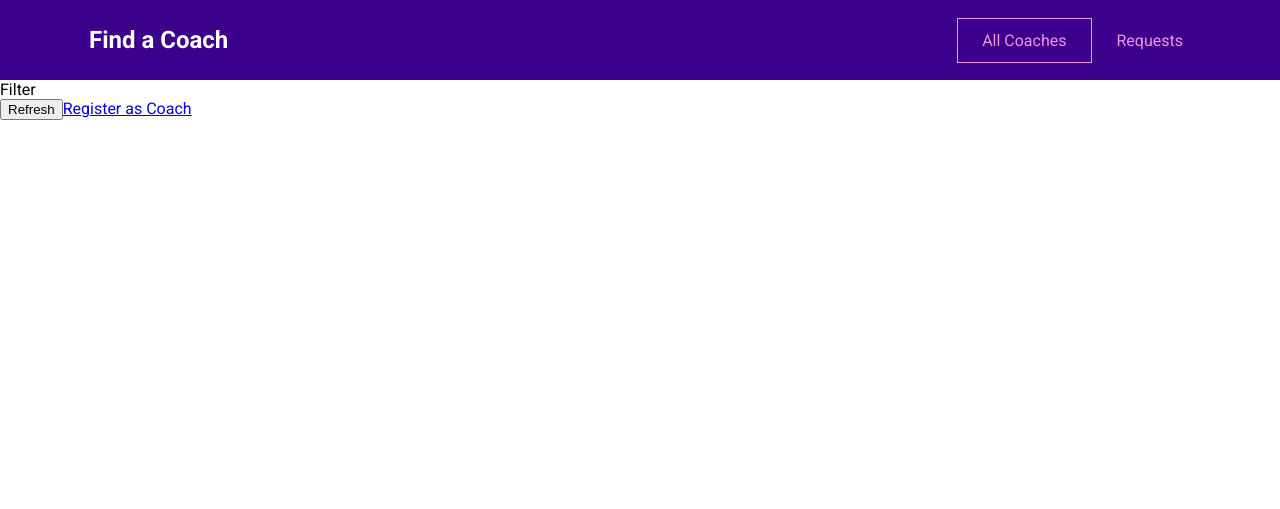
Repository: JesNatTer/coachfinder-app
Page: /
These files come from the project's save history. The page is drawn as it stood at one moment and after the next save; the edit follows.
The browser window is 1280 px wide. The pictures show the whole page.
The project was rebuilt for these pictures with package versions that can differ from the ones it lists, and the page was loaded fresh each time. Also part of the build but not shown: src/pages/coaches/CoachDetails.vue, src/pages/coaches/CoachRegister.vue, src/pages/requests/ContactCoach.vue, src/pages/requests/RequestsReceived.vue. Imported but missing from the stored project, and not drawn on this page: src/pages/NotFound.vue.

Above is the page before, as saved 2021-11-26 14:33:44.

### src/main.js
import { createApp } from 'vue';
import router from './router.js';
import App from './App.vue';
import store from './store/index.js'

const app = createApp(App);

app.use(router);
app.use(store)

app.mount('#app');

### src/router.js
import { createRouter, createWebHistory } from 'vue-router'
import CoachDetails from './pages/coaches/CoachDetails.vue'
import CoachesList from './pages/coaches/CoachesList.vue'
import CoachRegister from './pages/coaches/CoachRegister.vue'
import ContactCoach from './pages/requests/ContactCoach.vue'
import RequestsReceived from './pages/requests/RequestsReceived.vue'
import NotFound from './pages/NotFound.vue'

const router = createRouter({
    history: createWebHistory(),
    routes: [
        { path: '/', redirect: '/coaches'},
        { path: '/coaches', component: CoachesList },
        { path: '/coaches/:id', component: CoachDetails, children: [
            { path: 'contact', component: ContactCoach } ,
        ] },
        { path: '/register', component: CoachRegister },
        { path: '/requests', component: RequestsReceived },
        { path: '/:notFound(.*)', component: NotFound },
    ]
});

export default router

### src/App.vue
<template>
    <Header/>
    <router-view></router-view>
</template>

<script>
import Header from './components/layout/Header.vue'
export default {
    components: { Header }
}
</script>

<style>
    @import url("https://fonts.googleapis.com/css2?family=Roboto:wght@400;700&display=swap");

    * {
        box-sizing: border-box;
    }

    html {
        font-family: "Roboto", sans-serif;
    }

    body {
        margin: 0;
    }
</style>

### src/store/index.js
import { createStore } from 'vuex'

import coachesModule from './modules/coaches/index.js'

const store = createStore({
    modules: {
        coaches: coachesModule
    }
})

export default store

### src/pages/coaches/CoachesList.vue
<template>
    <section>Filter</section>
    <section>
        <div class="controls">
            <button>Refresh</button>
            <router-link to="/register">Register as Coach</router-link>
        </div>
        <ul v-if="hasCoaches">
            <CoachItem v-for="coach in filteredCoaches" :key="coach.id" :id="coach.id" :first-name="coach.firstName" :last-name="coach.lastName" :rate="coach.hourlyRate" :areas="coach.areas"
            ></CoachItem>
        </ul>
        <h3 v-else>No coaches found.</h3>
    </section>
</template>

<script>
import CoachItem from "../../components/coaches/CoachItem.vue"
export default {
    components: [CoachItem],
    computed: {
        filteredCoaches() {
            return this.$store.getters['coaches/coaches']
        },
        hasCoaches() {
            return this.$store.getters['coaches/hasCoaches']
        }
    }
}
</script>

<style>

</style>

### src/components/layout/Header.vue
<template>
  <header>
      <nav>
            <h1><router-link to="/">Find a Coach</router-link></h1>
            <ul>
              <li>
                <router-link to="/coaches">All Coaches</router-link>
                <router-link to="/requests">Requests</router-link>
              </li>
            </ul>
      </nav>
  </header>
</template>

<script>
export default {

}
</script>

<style scoped>
    header {
  width: 100%;
  height: 5rem;
  background-color: #3d008d;
  display: flex;
  justify-content: center;
  align-items: center;
}

header a {
  text-decoration: none;
  color: #f391e3;
  display: inline-block;
  padding: 0.75rem 1.5rem;
  border: 1px solid transparent;
}

a:active,
a:hover,
a.router-link-active {
  border: 1px solid #f391e3;
}

h1 {
  margin: 0;
}

h1 a {
  color: white;
  margin: 0;
}

h1 a:hover,
h1 a:active,
h1 a.router-link-active {
  border-color: transparent;
}

header nav {
  width: 90%;
  margin: auto;
  display: flex;
  justify-content: space-between;
  align-items: center;
}

header ul {
  list-style: none;
  margin: 0;
  padding: 0;
  display: flex;
  justify-content: center;
  align-items: center;
}

li {
  margin: 0 0.5rem;
}
</style>

### src/store/modules/coaches/index.js
import mutations from './mutations.js'
import actions from './actions.js'
import getters from './getters.js'

export default {
    namespaced:true,
    state() {
        return {
            coaches: [
                {
                  id: 'c1',
                  firstName: 'Maximilian',
                  lastName: 'SchwarzmÃ¼ller',
                  areas: ['frontend', 'backend', 'career'],
                  description:
                    "I'm Maximilian and I've worked as a freelance web developer for years. Let me help you become a developer as well!",
                  hourlyRate: 30
                },
                {
                  id: 'c2',
                  firstName: 'Julie',
                  lastName: 'Jones',
                  areas: ['frontend', 'career'],
                  description:
                    'I am Julie and as a senior developer in a big tech company, I can help you get your first job or progress in your current role.',
                  hourlyRate: 30
                }
              ]
        }
    },
    mutations,
    actions,
    getters,
}

### src/store/modules/coaches/getters.js
export default {
    coaches(state) {
        return state.coaches
    },
    hasCoaches(state) {
        return state.coaches && state.coaches.length > 0
    }
};

### src/components/coaches/CoachItem.vue
<template>
  <li>
      <h3>{{ fullName }}</h3>
      <h4>${{ rate }}/hour</h4>
      <div>
          <span v-for="area in areas" :key="area">
              {{ area }}
          </span>
      </div>
      <div class="actions">
          <router-link :to="coachContactLink">Contact</router-link>
          <router-link :to="coachDetailsLink">Details</router-link>
      </div>
  </li>
</template>

<script>
export default {
    props: ['id', 'firstName', 'lastName', 'rate', 'areas'],
    computed: {
        fullName() {
            return this.firstName + " " + this.lastName
        },
        coachContactLink() {
            return this.$route.path + '/' + this.id + '/contact'
        },
        coachDetailsLink() {
            return this.$route.path + '/' + this.id
        }
    }
}
</script>

<style scoped>
li {
  margin: 1rem 0;
  border: 1px solid #424242;
  border-radius: 12px;
  padding: 1rem;
}

h3 {
  font-size: 1.5rem;
}

h3,
h4 {
  margin: 0.5rem 0;
}

div {
  margin: 0.5rem 0;
}

.actions {
  display: flex;
  justify-content: flex-end;
}
</style>

Loaded but not shown: public/index.html (common file); src/store/modules/coaches/mutations.js (common file); src/store/modules/coaches/actions.js (common file)

After the next save:
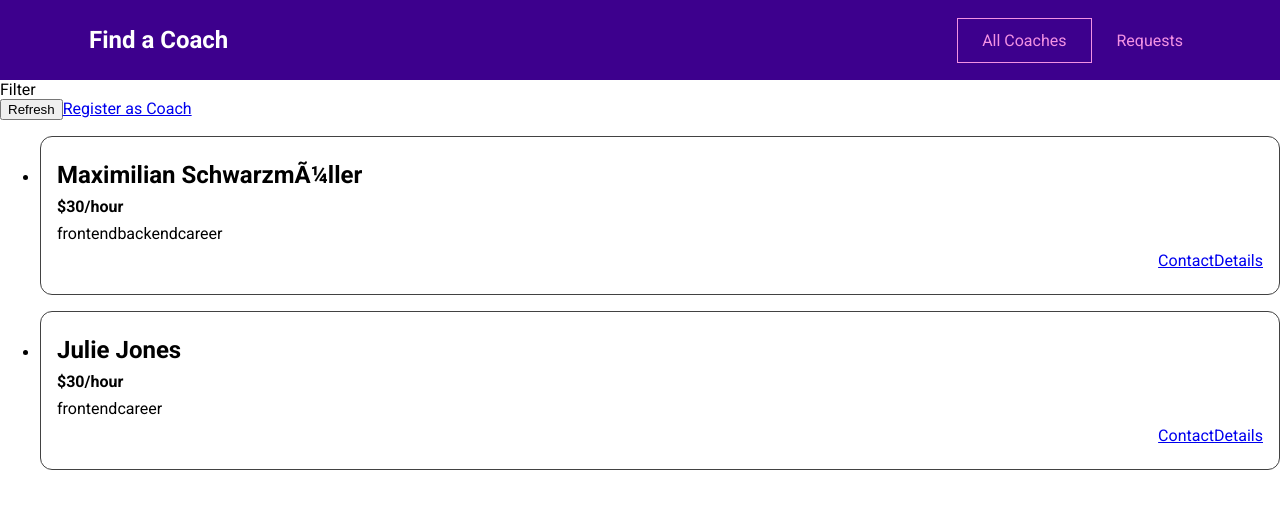
Saved 40 s later.
--- a/src/pages/coaches/CoachesList.vue
+++ b/src/pages/coaches/CoachesList.vue
@@ -16,7 +16,7 @@
 <script>
 import CoachItem from "../../components/coaches/CoachItem.vue"
 export default {
-    components: [CoachItem],
+    components: {CoachItem},
     computed: {
         filteredCoaches() {
             return this.$store.getters['coaches/coaches']
